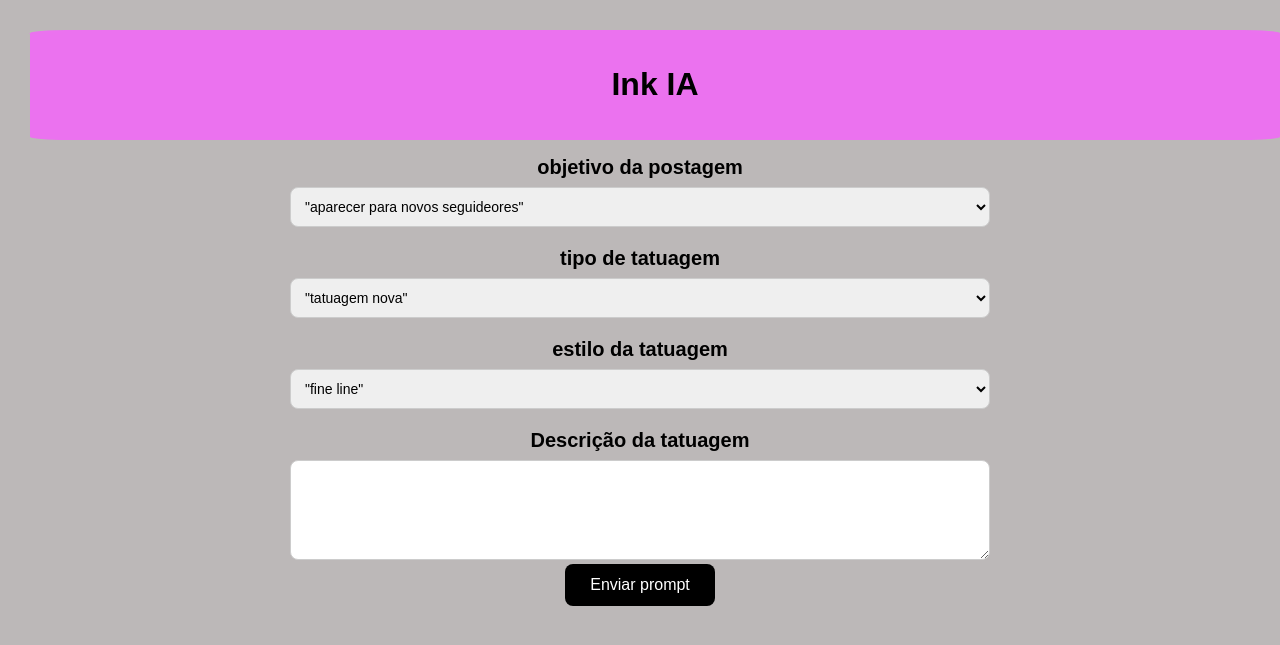
Repository: Ubiratandev/ink_api
Page: ink_IA/ink_ia.html
An editor plug-in stored every save of this project. The page is shown before and after a run of saves, followed by the edit.
The browser window is 1280 px wide. The pictures show the whole page.

Above is the page before, as saved 2026-03-25 00:17:14.

After the next 2 saves:
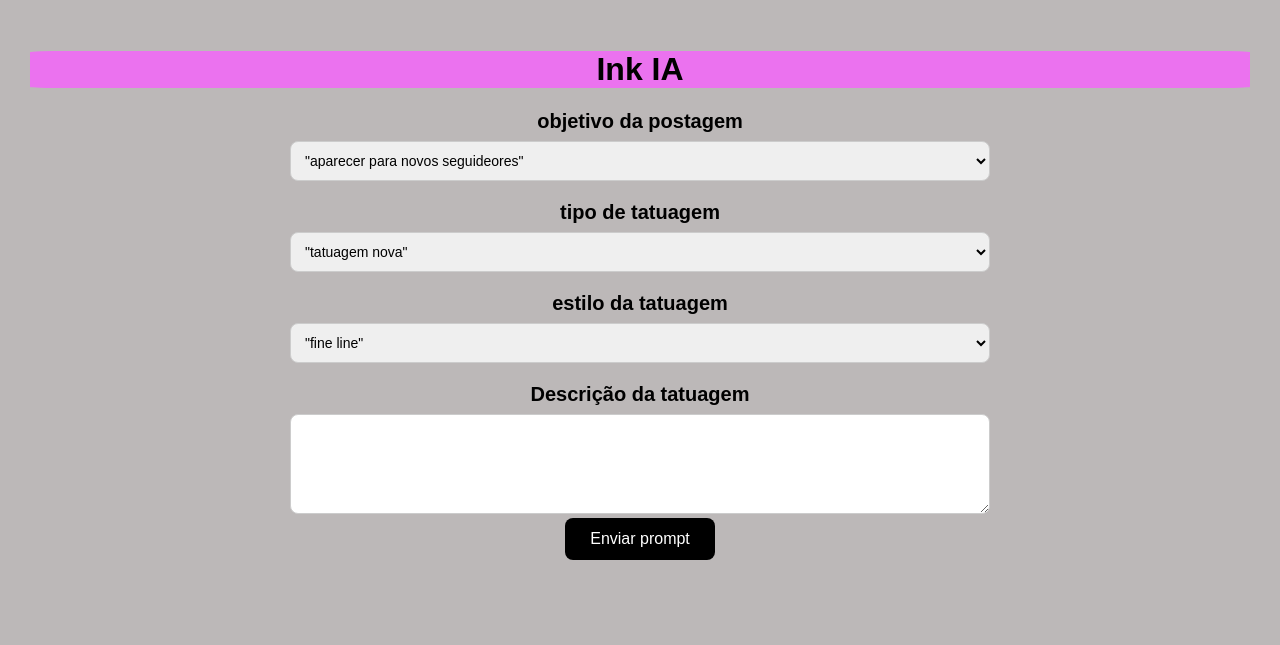
The 2 saves are shown as one change because they came seconds apart.
The last was saved 37 s later.
--- a/ink_IA/styles.css
+++ b/ink_IA/styles.css
@@ -1,14 +1,13 @@
 /* RESET básico */
 header {
-  margin: 0;
-  padding: 15px;
+  margin: auto;
   font-family: Arial, sans-serif;
   background: #eb72ef;
   justify-content:center;
   align-items:center;
   text-align:center;
   border-radius:3%;
-  width:100%;
+
 
 
 }
